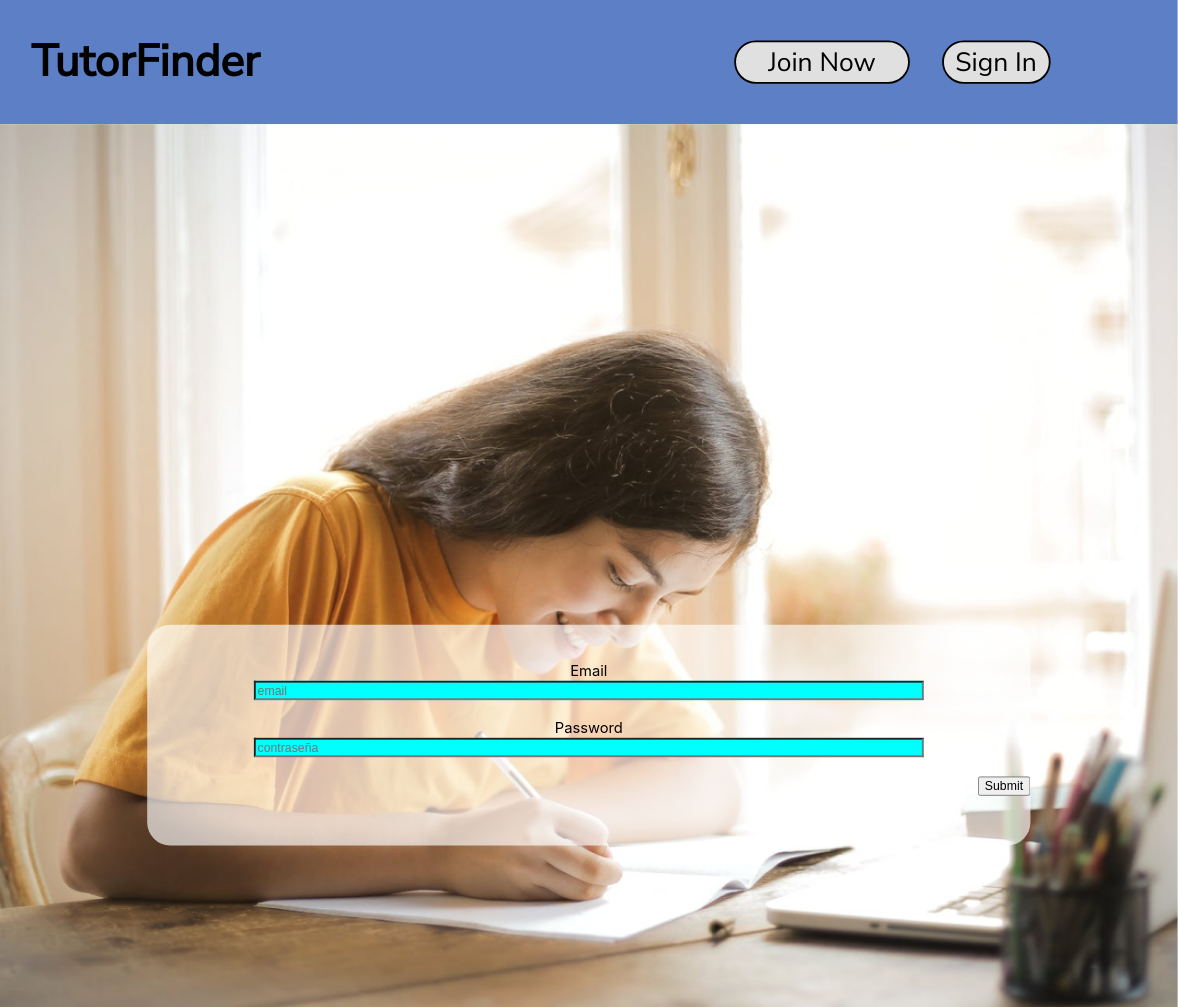
Repository: uprm-inso-4117-2020-2021-s2/semester-project-uprm-inso-4117-2020-2021-s2-team-7
Page: / (app in tutorfinder/)
The author's editor kept a copy of each file at every save. The page is drawn from the files as they stood at one save, then again after the next save.
The browser window is 1280 px wide. The pictures show the whole page, at 92% of full size.
The project was rebuilt for these pictures with package versions that can differ from the ones it lists, and the page was loaded fresh each time. Also part of the build but not shown: tutorfinder/src/App.css, tutorfinder/src/Search.js.

Above is the page before, as saved 2021-03-30 00:18:20.

After the next save:
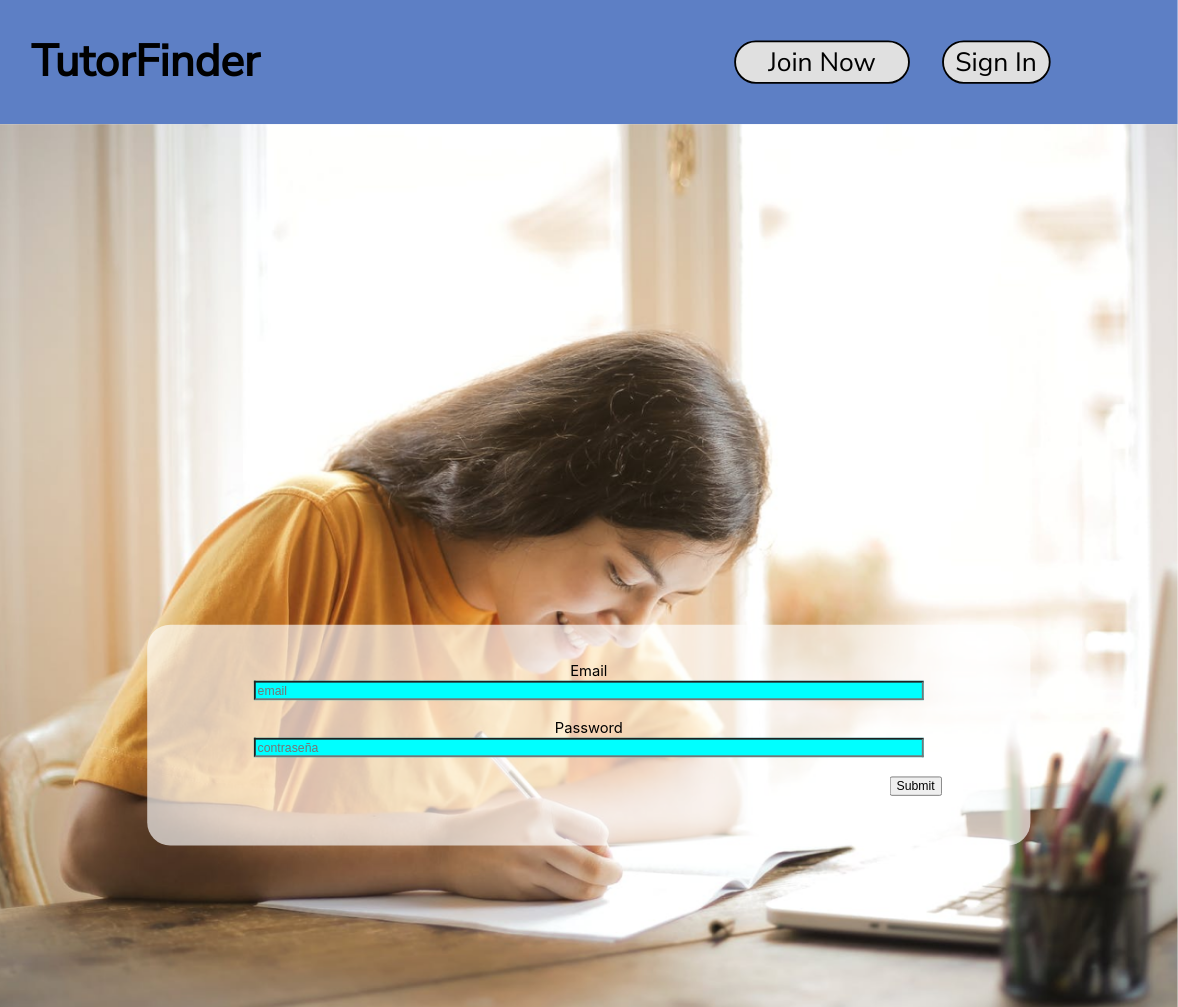
Saved 19 s later.
--- a/tutorfinder/src/Welcome.css
+++ b/tutorfinder/src/Welcome.css
@@ -75,4 +75,5 @@ text-align: center;
 
 .text-right{
     text-align: right;
+    padding-right: 10%;
 }
